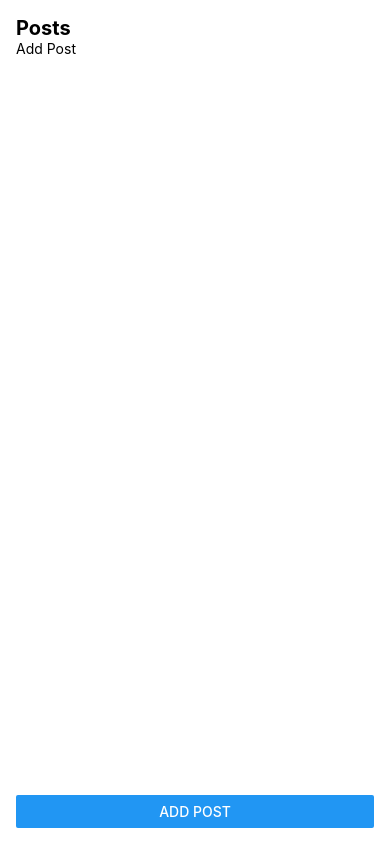
Repository: ntu34543/React-Native
Screen: / (app in demo/)
The author's editor kept a copy of each file at every save. The screen is drawn from the files as they stood at one save, then again after the next save.
The page's requests for data from a server got no answer. The app was drawn by React Native's web renderer in a window 390 px wide. The project was rebuilt for these pictures with package versions that can differ from the ones it lists, and the page was loaded fresh each time. No one was signed in, and anything a server would have sent is missing.

Above is the screen before, as saved 2022-09-13 12:03:51.

After the next save:
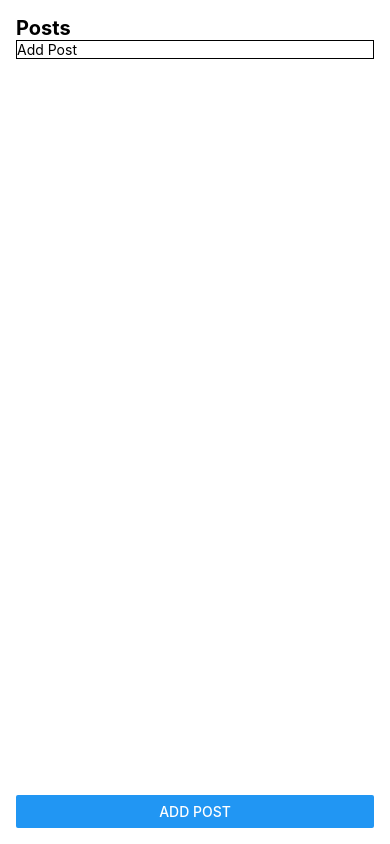
Saved 21 s later.
--- a/demo/App.js
+++ b/demo/App.js
@@ -114,6 +114,7 @@ const styles = StyleSheet.create({
   },
   btn: {
     backgroundColor: "#fff",
+    borderWidth: 1,
   },
   showItem: {
     borderWidth: 1,
